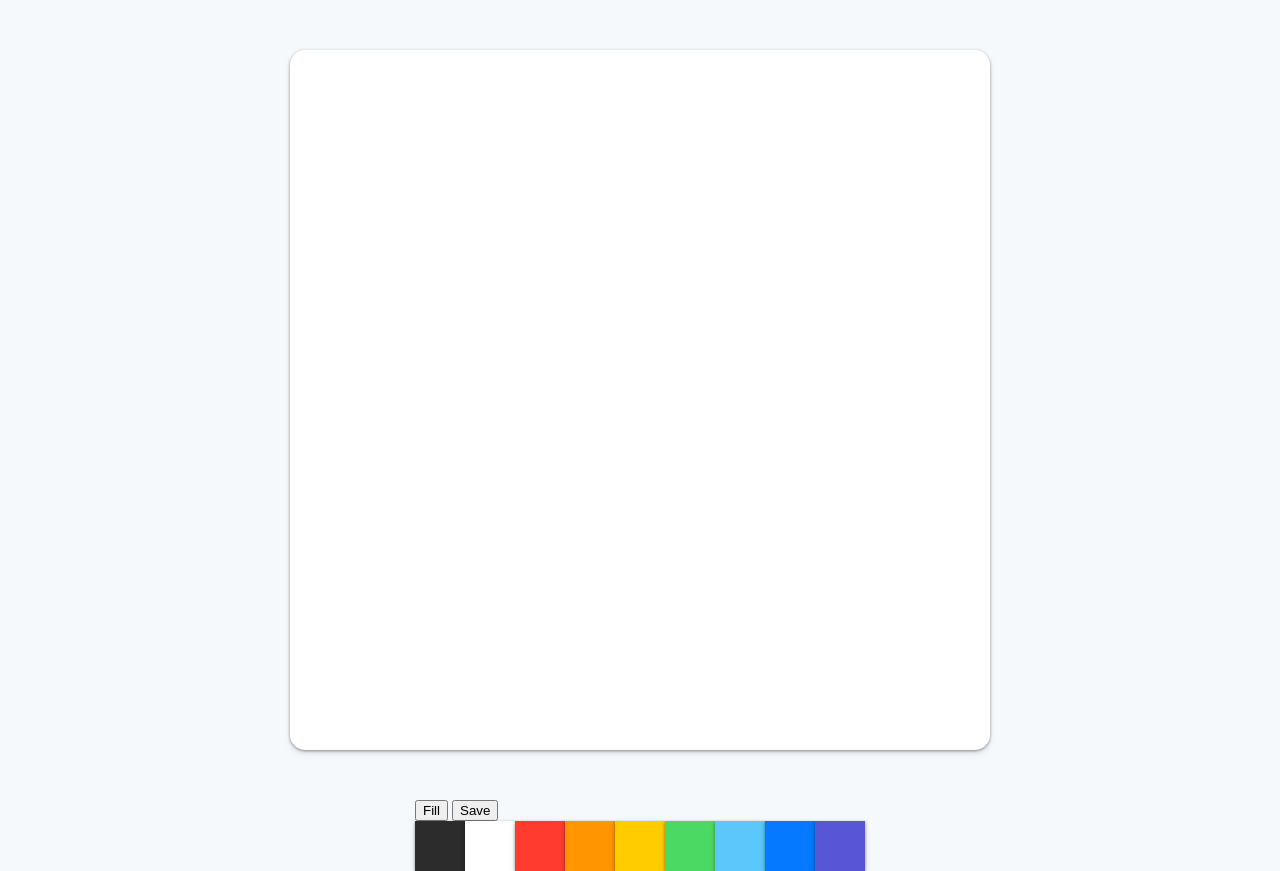
Repository: haleyjung/paintjs
Page: index.html
These files come from the project's save history. The page is drawn as it stood at one moment and after the next save; the edit follows.
The browser window is 1280 px wide. The pictures show the whole page.

Above is the page before, as saved 2020-11-24 22:42:32.

After the next save:
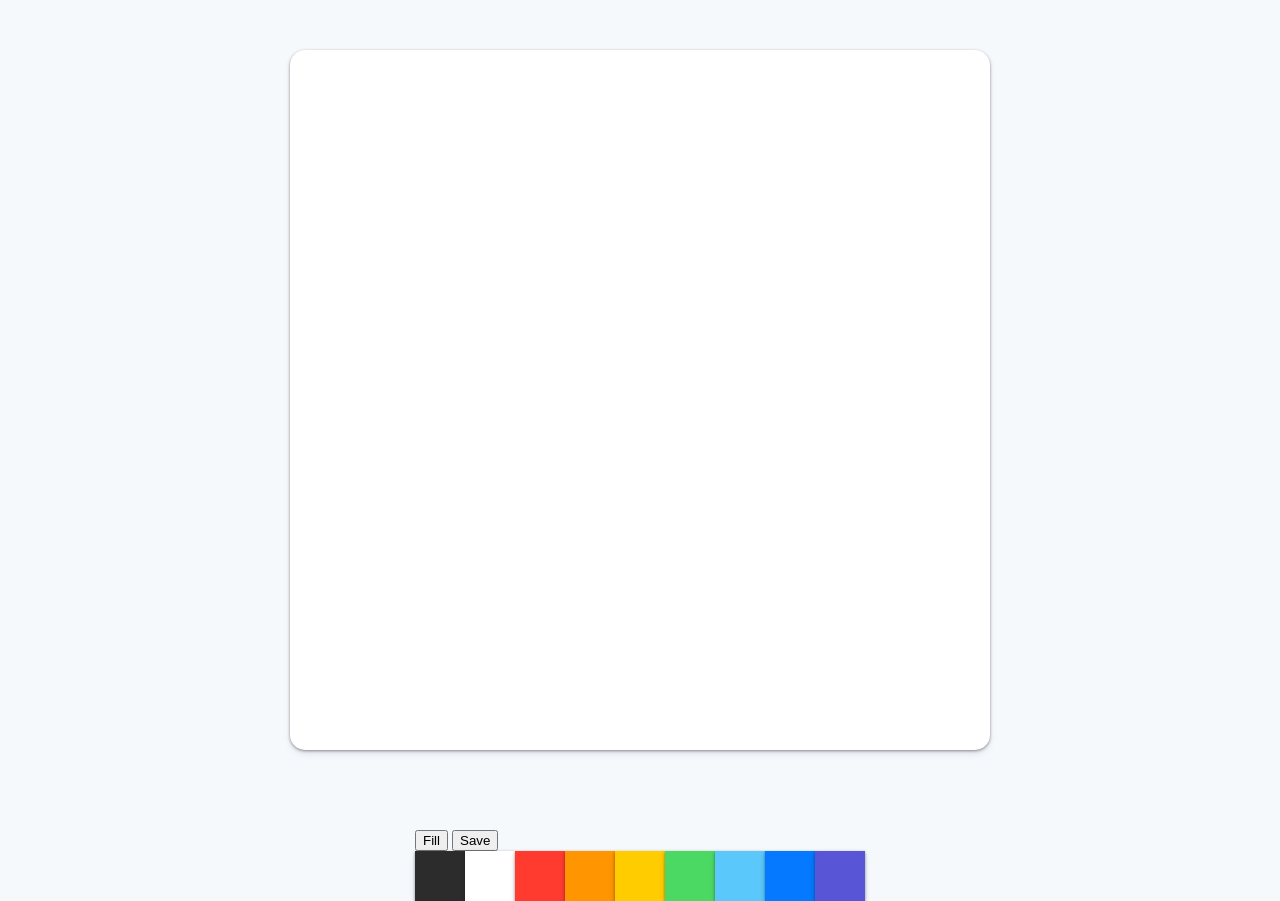
Saved 10 s later.
--- a/style.css
+++ b/style.css
@@ -19,7 +19,7 @@ body {
 }
 
 .controls {
-  margin-top: 50px;
+  margin-top: 80px;
 }
 
 .controls .controls__colors {
